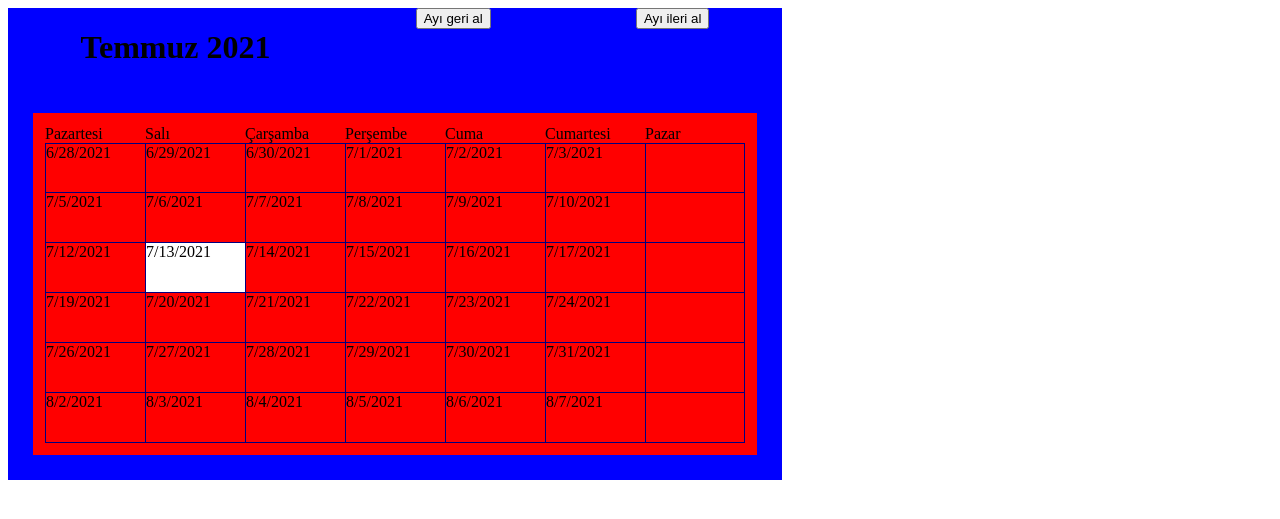
Repository: ahmetbugraozcan/javascript-calendar
Page: tablo.html
The author's editor kept a copy of each file at every save. The page is drawn from the files as they stood at one save, then again after the next save.
The browser window is 1280 px wide. The pictures show the whole page.

Above is the page before, as saved 2021-07-13 11:53:46.

### tablo.html
<!DOCTYPE html>
<html lang="en">

<head>
    <meta charset="UTF-8">
    <meta http-equiv="X-UA-Compatible" content="IE=edge">
    <meta name="viewport" content="width=device-width, initial-scale=1.0">
    <title>Document</title>
</head>
<!--pazartesi salı çarş... için arrayler oluştur. arraylere göre günleri yerleştir.-->
<!--Veritabanı için dizi içinden kontroledivez. örneğin pazartesi[1] değeri 12 mayıs 2021 e eşitse databasede bununla eşleşen değeri getir
    ardından pazartesi[1] e eşdeğer olan id'li divin içeriği değişecek.-->

<style>
    * {
        box-sizing: border-box;
    }

    .cell-last {
        border-right: 1px solid navy;

    }

    .cell-top {
        border-top: 1px solid navy;
    }

    /* her hücre*/
    .cell,
    .cell-top,
    .cell-last {
        text-overflow: clip;
        white-space: nowrap;
        overflow: hidden;
        border-bottom: 1px solid navy;
        border-left: 1px solid navy;
        width: 100px;
        height: 50px;
    }


    /*tablonun kendisi*/
    .calendar {
        margin: 25px;
        padding: 12px;
        display: flex;
        width: fit-content;
        background-color: red;
    }


    .container {
        background-color: blue;
        display: flex;
        width: fit-content;
        flex-direction: column;
    }

    .test {
        display: flex;
        justify-content: space-around;
    }
</style>

<body>

    <div class="container">

        <div class="test">
            <h1 id="currentDate"></h1>
            <span><button type="button" onclick="previousDate()">Ayı geri al</button></span>
            <span><button type="button" onclick="nextDate()">Ayı ileri al</button></span>
        </div>
        <div class="calendar">
            <div>
                <div>Pazartesi</div>
                <div class="cell-top" id="pazartesi0">1</div>
                <div class="cell" id="pazartesi1">1</div>
                <div class="cell" id="pazartesi2">1</div>
                <div class="cell" id="pazartesi3">1</div>
                <div class="cell" id="pazartesi4">1</div>
                <div class="cell" id="pazartesi5">1</div>
            </div>
            <div>
                <div>Salı</div>
                <div class="cell-top" id="sali0">1</div>
                <div class="cell" id="sali1">1</div>
                <div class="cell" id="sali2">1</div>
                <div class="cell" id="sali3">1</div>
                <div class="cell" id="sali4">1</div>
                <div class="cell" id="sali5">1</div>
            </div>
            <div>
                <div>Çarşamba</div>
                <div class="cell-top" id="carsamba0">1</div>
                <div class="cell" id="carsamba1">1</div>
                <div id="carsamba2" class="cell">1</div>
                <div id="carsamba3" class="cell">1</div>
                <div id="carsamba4" class="cell">1</div>
                <div id="carsamba5" class="cell">1</div>
            </div>
            <div>
                <div>Perşembe</div>
                <div class="cell-top" id="persembe0">1</div>
                <div class="cell" id="persembe1">1</div>
                <div id="persembe2" class="cell">1</div>
                <div id="persembe3" class="cell">1</div>
                <div id="persembe4" class="cell">1</div>
                <div id="persembe5" class="cell">1</div>
            </div>
            <div>
                <div>Cuma</div>
                <div class="cell-top" id="cuma0">1</div>
                <div class="cell" id="cuma1">1</div>
                <div id="cuma2" class="cell">1</div>
                <div id="cuma3" class="cell">1</div>
                <div id="cuma4" class="cell">1</div>
                <div id="cuma5" class="cell">1</div>
            </div>
            <div>
                <div>Cumartesi</div>
                <div class="cell-top" id="cumartesi0">1</div>
                <div class="cell" id="cumartesi1">1</div>
                <div class="cell" id="cumartesi2">1</div>
                <div class="cell" id="cumartesi3">1</div>
                <div class="cell" id="cumartesi4">1</div>
                <div class="cell" id="cumartesi5">1</div>

            </div>
            <div>
                <div>Pazar</div>
                <div id="pazar0" class="cell-top" style="border-right: 1px solid navy;">1</div>
                <div id="pazar1" class="cell-last">1</div>
                <div id="pazar2" class="cell-last">1</div>
                <div id="pazar3" class="cell-last">1</div>
                <div id="pazar4" class="cell-last">1</div>
                <div id="pazar5" class="cell-last">1</div>
            </div>
        </div>
    </div>
    <script src="takvim.js">

    </script>



</html>

### takvim.js
function daysInMonth(month, year) {
    return new Date(year, month, 0).getDate();
}
var currentDate = new Date();
var pazartesi = [];
var sali = [];
var carsamba = [];
var persembe = [];
var cuma = [];
var cumartesi = [];
var pazar = [];
var gunler = ["pazar", "pazartesi", "sali", "carsamba", "persembe", "cuma", "cumartesi"];
var baslanacakDate = new Date(currentDate.getFullYear(), currentDate.getMonth(), 1);
var currentMonth = baslanacakDate.getMonth();
var currentYear = baslanacakDate.getFullYear();

fillCalendar();

function fillCalendar() {

    var firstDate = baslanacakDate.getDay();
    if (firstDate == 0) {
        firstDate = 7;
    }
    baslanacakDate.setDate((baslanacakDate.getDate()) - (firstDate));
    // var today = new Date();
    // var todayWithoutTime = new Date(today.getFullYear(), today.getMonth(), today.getDate() );


    var counter = 0;
    for (let i = 1; i <= 42; i++) {
        baslanacakDate.setDate((baslanacakDate.getDate()) + (1));
        // bir tabloda 42 gün var o ayın kaç çektiğini bul bu aydan geriye kaç sayacağız ona bul bu aydan ileri kaç sayacağız onu bul ve ona göre bir date oluştur.
        //ardından bu for döngüsünü kullan

        // if(baslanacakDate.toDateString() ==  todayWithoutTime.toDateString()){
        //     console.log("bugün eşitlendi : " + i);
        //     counter = i;
        // }

        switch (baslanacakDate.getDay()) {
            case 0:
                pazar.push(baslanacakDate.toLocaleDateString());

                break;
            case 1:
                pazartesi.push(baslanacakDate.toLocaleDateString());
                break;
            case 2:
                sali.push(baslanacakDate.toLocaleDateString());
                break;
            case 3:
                carsamba.push(baslanacakDate.toLocaleDateString());
                break;

            case 4:
                persembe.push(baslanacakDate.toLocaleDateString());
                break;

            case 5:
                cuma.push(baslanacakDate.toLocaleDateString());
                break;

            case 6:
                cumartesi.push(baslanacakDate.toLocaleDateString());
                break;
        }
    }


    document.getElementById("currentDate").innerHTML = getMonthAsString(currentMonth) + " " + currentYear ;
    for (let i = 0; i < 6; i++) {
        document.getElementById(`pazar${i}`).innerHTML = getDayAsString(pazar[i]);
        document.getElementById(`pazartesi${i}`).innerHTML = pazartesi[i];
        document.getElementById(`sali${i}`).innerHTML = sali[i];
        document.getElementById(`carsamba${i}`).innerHTML = carsamba[i];
        document.getElementById(`persembe${i}`).innerHTML = persembe[i];
        document.getElementById(`cuma${i}`).innerHTML = cuma[i];
        document.getElementById(`cumartesi${i}`).innerHTML = cumartesi[i];

        document.getElementById(`pazar${i}`).style.backgroundColor = "red";
        document.getElementById(`pazartesi${i}`).style.backgroundColor = "red";
        document.getElementById(`sali${i}`).style.backgroundColor = "red";
        document.getElementById(`carsamba${i}`).style.backgroundColor = "red";
        document.getElementById(`persembe${i}`).style.backgroundColor = "red";
        document.getElementById(`cuma${i}`).style.backgroundColor = "red";
        document.getElementById(`cumartesi${i}`).style.backgroundColor = "red";




        if (pazar[i] == currentDate.toLocaleDateString()) {
            console.log("Bugün pazar");
            document.getElementById(`pazar${i}`).style.backgroundColor = "white";
        } else if (pazartesi[i] == currentDate.toLocaleDateString()) {
            console.log("Bugün pazartesi");
            document.getElementById(`pazartesi${i}`).style.backgroundColor = "white";
        } else if (sali[i] == currentDate.toLocaleDateString()) {
            console.log("Bugün sali");
            document.getElementById(`sali${i}`).style.backgroundColor = "white";
        } else if (carsamba[i] == currentDate.toLocaleDateString()) {
            console.log("Bugün carsamba");
            document.getElementById(`carsamba${i}`).style.backgroundColor = "white";
        } else if (persembe[i] == currentDate.toLocaleDateString()) {
            console.log("Bugün persembe");
            document.getElementById(`persembe${i}`).style.backgroundColor = "white";
        } else if (cuma[i] == currentDate.toLocaleDateString()) {
            console.log("Bugün cuma");
            document.getElementById(`cuma${i}`).style.backgroundColor = "white";
        } else if (cumartesi[i] == currentDate.toLocaleDateString()) {
            console.log("Bugün cumartesi");
            document.getElementById(`cumartesi${i}`).style.backgroundColor = "white";
        }
    }
}


function previousDate() {

    pazar = [];
    pazartesi = [];
    sali = [];
    carsamba = [];
    persembe = [];
    cuma = [];
    cumartesi = [];
    if (currentMonth > 0) {
        currentMonth--;
    } else {
        currentMonth = 11;
        currentYear--;
    }
    baslanacakDate = new Date(currentYear, currentMonth, 1);
    fillCalendar();


}
function getDayAsString(string){
    console.log(string[1]);
    var donulecekString = "";
//     if(Date.toLocaleDateString[0] == 0){
//     }else{
// donulecekString += Date.toLocaleDateString[0];
//     }
//     donulecekString += Date.toLocaleDateString[1];
    return donulecekString;
}





function getMonthAsString(date){
    switch(date){
        case 0:
            return "Ocak";
        case 1:
            return "Şubat";
        case 2:
            return "Mart";
        case 3:
            return "Nisan";
         case 4:
            return "Mayıs";
        case 5:
            return "Haziran";
        case 6:
            return "Temmuz";
        case 7:
            return "Ağustos";
        case 8:
            return "Eylül";
        case 9:
            return "Ekim";
        case 10:
            return "Kasım";
        case 11:
            return "Aralık";
    }
}

function nextDate() {

    pazar = [];
    pazartesi = [];
    sali = [];
    carsamba = [];
    persembe = [];
    cuma = [];
    cumartesi = [];
    if (currentMonth < 11) {
        currentMonth++;
    } else {
        currentMonth = 0;
        currentYear++;
    }
    baslanacakDate = new Date(currentYear, currentMonth, 1);
    fillCalendar();

}

After the next save:
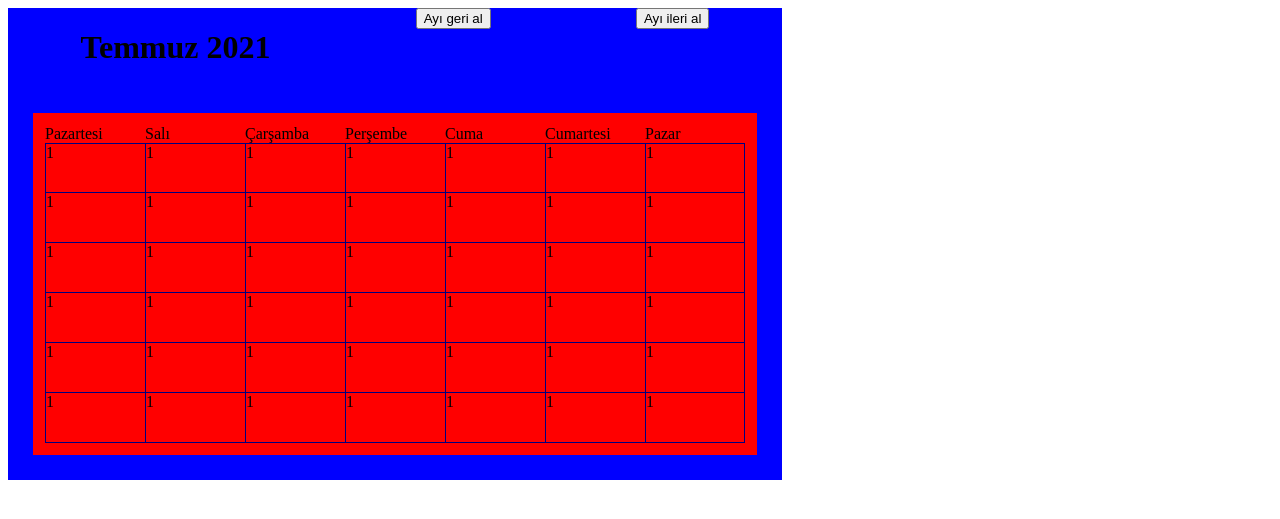
Console error: TypeError: Cannot read properties of undefined (reading '0')
Saved 18 s later.
--- a/takvim.js
+++ b/takvim.js
@@ -136,13 +136,12 @@
 
 }
 function getDayAsString(string){
-    console.log(string[1]);
     var donulecekString = "";
-//     if(Date.toLocaleDateString[0] == 0){
-//     }else{
-// donulecekString += Date.toLocaleDateString[0];
-//     }
-//     donulecekString += Date.toLocaleDateString[1];
+    if(string.toLocaleDateString[0] == 0){
+    }else{
+donulecekString += string.toLocaleDateString[0];
+    }
+    donulecekString += string.toLocaleDateString[1];
     return donulecekString;
 }
 

After the 2 saves that followed:
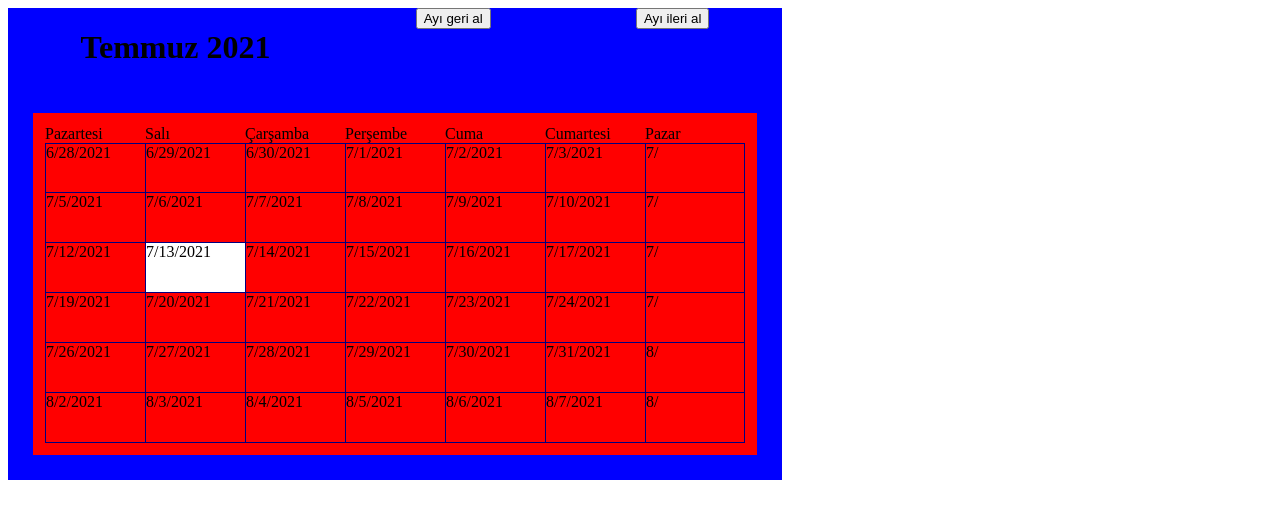
The error is gone.
The 2 saves are shown as one change because 1 left the picture as it was.
The last was saved 31 s later.
--- a/takvim.js
+++ b/takvim.js
@@ -137,11 +137,11 @@
 }
 function getDayAsString(string){
     var donulecekString = "";
-    if(string.toLocaleDateString[0] == 0){
+    if(string[0] == 0){
     }else{
-donulecekString += string.toLocaleDateString[0];
+        donulecekString += string[0];
     }
-    donulecekString += string.toLocaleDateString[1];
+    donulecekString += string[1];
     return donulecekString;
 }
 
